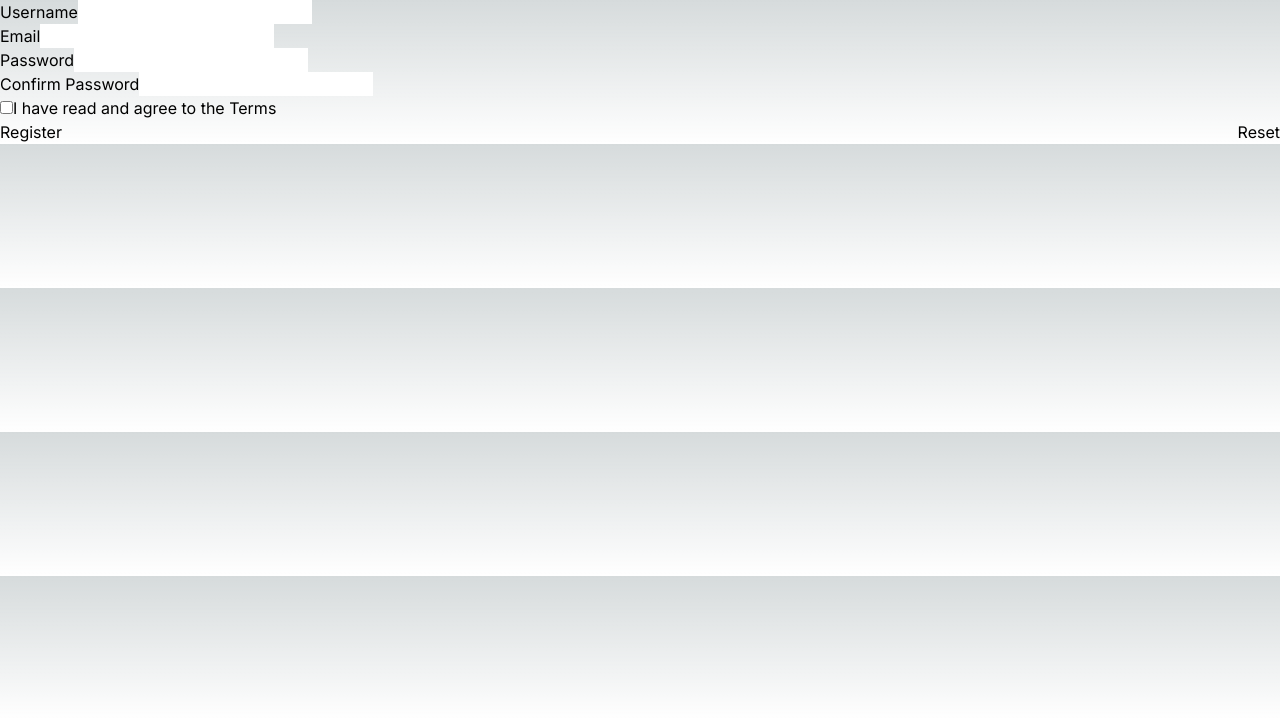
Repository: uh-sman/tiktok-card
Page: /
An editor plug-in stored every save of this project. The page is shown before and after the next save, followed by the edit.
The browser window is 1280 px wide. The pictures show the whole page.
The project was rebuilt for these pictures with package versions that can differ from the ones it lists, and the page was loaded fresh each time. The framework's server and built-in components were replaced by stand-ins that run in the browser. Also part of the build but not shown: next.config.js.

Above is the page before, as saved 2023-12-19 13:44:47.

After the next save:
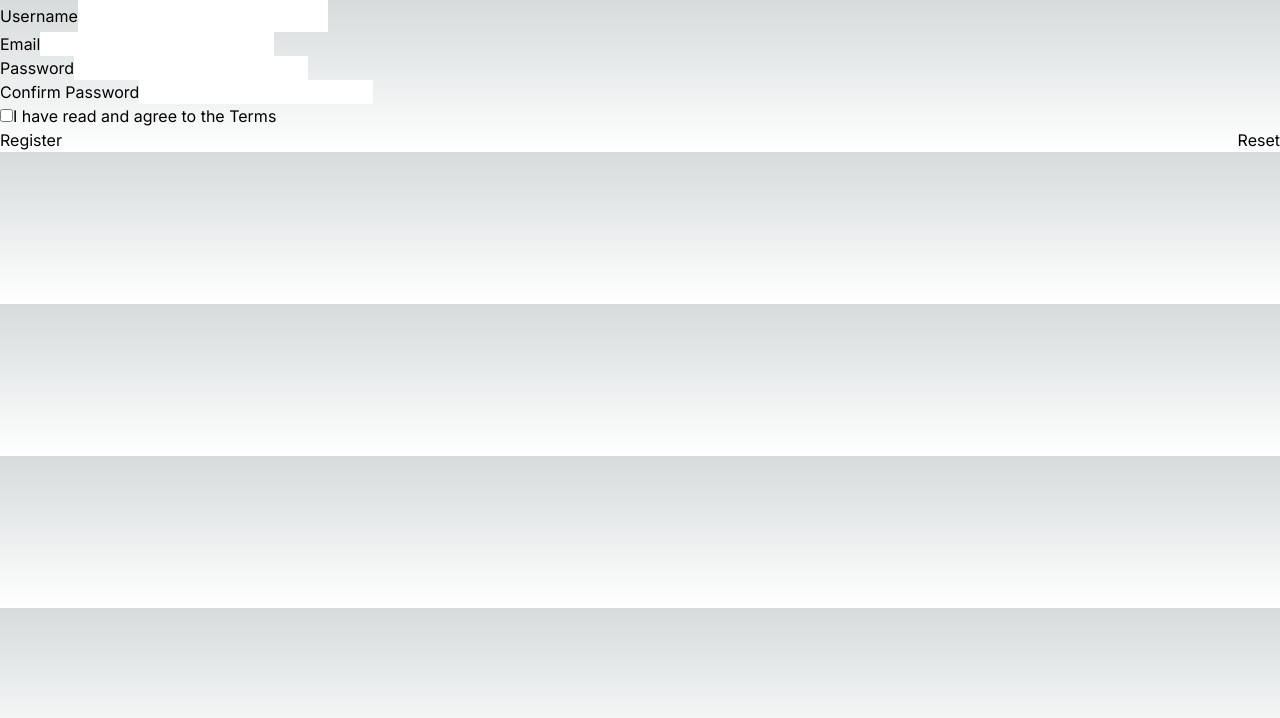
Saved 10 s later.
--- a/app/components/AuthForm.tsx
+++ b/app/components/AuthForm.tsx
@@ -18,7 +18,7 @@ const AuthForm: React.FC = () => {
           <div className="form-control">
             <label>Username</label>
             <input
-            className="input-md"
+            className="px-2 py-1"
               type="text"
               {...register('username')}
             //   className={`form-control ${errors.username ? 'is-invalid' : ''}`}
